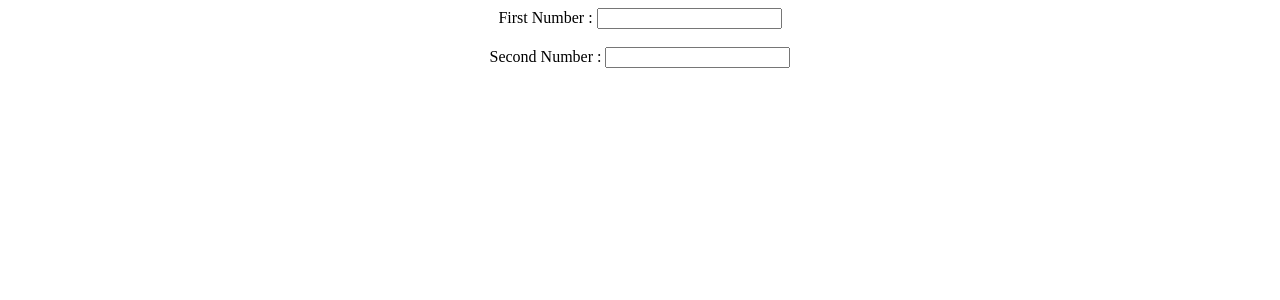
Repository: bspr147/hcl-codes
Page: HCL Files/Day18/BeanDemos/WebContent/calc.html
These files come from the project's save history. The page is drawn as it stood at one moment and after the next save; the edit follows.
The browser window is 1280 px wide. The pictures show the whole page.

Above is the page before, as saved 2019-08-22 04:32:52.

### HCL Files/Day18/BeanDemos/WebContent/calc.html
<!DOCTYPE html>
<html>
<head>
<meta charset="ISO-8859-1">
<title>Insert title here</title>
</head>
<body>
	<form method="get" action="calc.jsp">
		<center>
			First Number :
		<input type="text" name="firstNo" /> <br/><br/>
		Second Number :
		<input type="text" name="secondNo" /> <br/><br/>

		</center>
	</form>
</body>
</html>

After the next save:
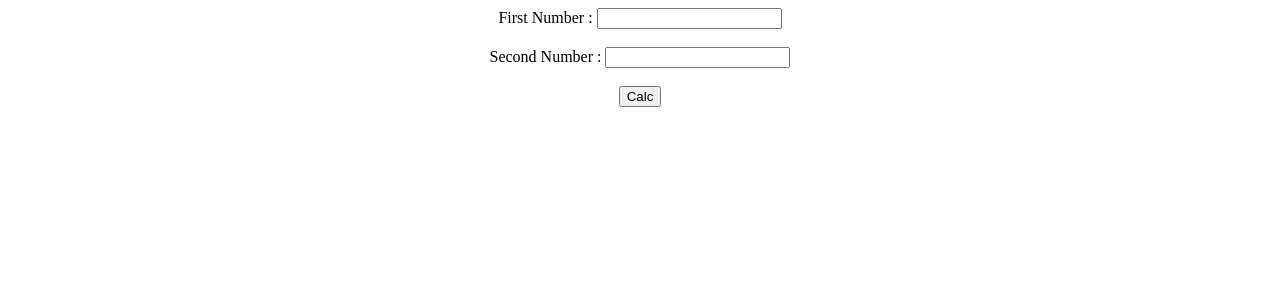
Saved 9 s later.
--- a/HCL Files/Day18/BeanDemos/WebContent/calc.html
+++ b/HCL Files/Day18/BeanDemos/WebContent/calc.html
@@ -11,7 +11,7 @@
 		<input type="text" name="firstNo" /> <br/><br/>
 		Second Number :
 		<input type="text" name="secondNo" /> <br/><br/>
-
+		<input type="submit" value="Calc" />
 		</center>
 	</form>
 </body>
